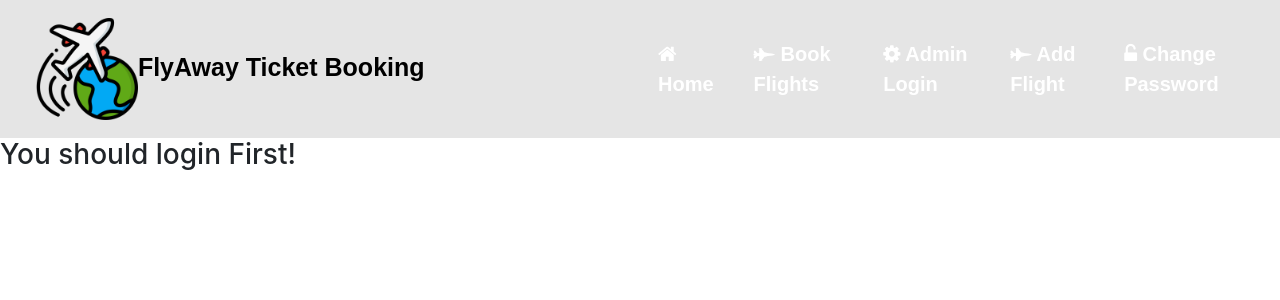
Repository: sayrabano/Phase2-project
Page: http://localhost/FlyAway/adminDashboard.jsp
These files come from the project's save history. The page is drawn as it stood at one moment and after the next save; the edit follows.
The browser window is 1280 px wide. The pictures show the whole page.
Some web fonts or font styles are not loaded; a fallback is used. The page is served by Tomcat 9.

Above is the page before, as saved 2021-09-26 12:55:33.

After the next save:
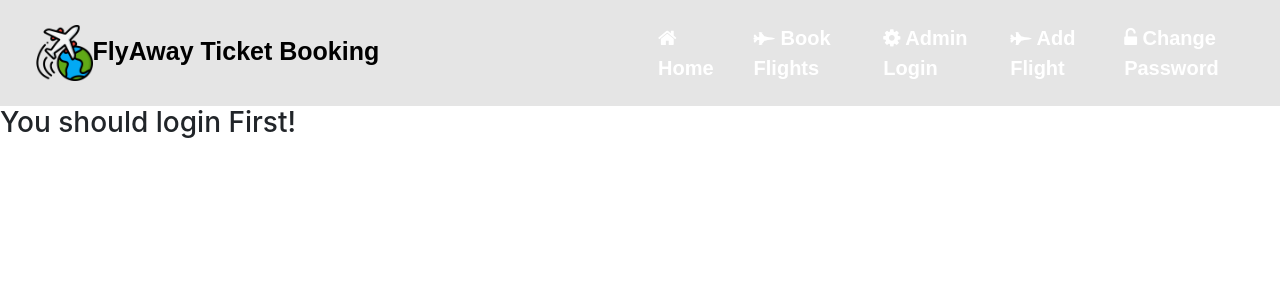
Saved 27 s later.
--- a/FlyAway/src/main/webapp/adminDashboard.jsp
+++ b/FlyAway/src/main/webapp/adminDashboard.jsp
@@ -39,7 +39,7 @@ ResultSet resultSet = null;
 
 
 
-		<a class="navbar-brand" id="tag"><img src="Images/travel.png" class="img-fluid"  width="18%">FlyAway Ticket Booking</a>
+		<a class="navbar-brand" id="tag"><img src="Images/travel.png" class="img-fluid"  width="10%">FlyAway Ticket Booking</a>
 
 
 		<div class="collapse navbar-collapse" id="navbarSupportedContent">
